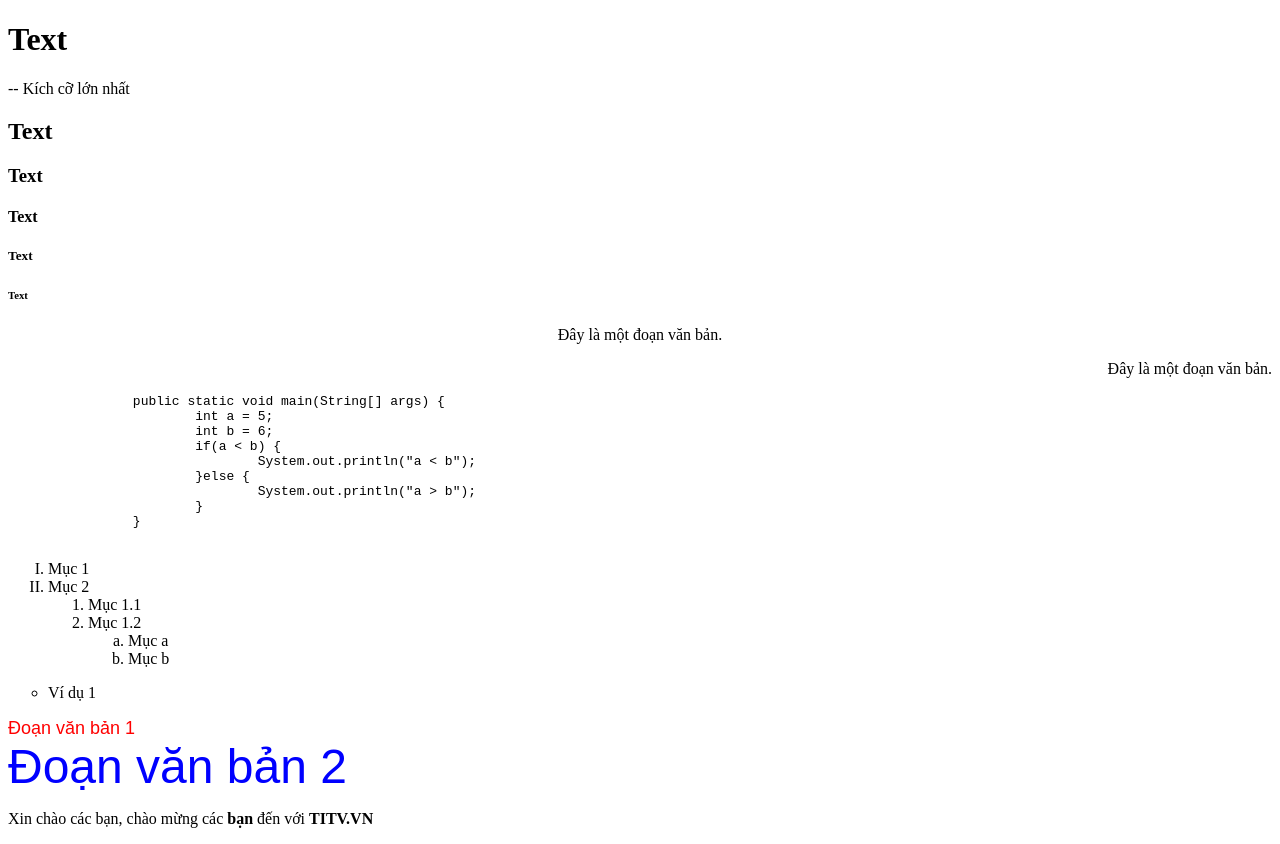
Repository: vnmk1/jsp_servlet-tutorials
Page: Bai2_HTML/src/main/webapp/vidu.html
The author's editor kept a copy of each file at every save. The page is drawn from the files as they stood at one save, then again after the next save.
The browser window is 1280 px wide. The pictures show the whole page.

Above is the page before, as saved 2023-07-15 08:31:12.

### Bai2_HTML/src/main/webapp/vidu.html
<!DOCTYPE html>
<html>
<head>
<meta charset="UTF-8">
<title>Insert title here</title>
</head>
<body>
	<h1>Text</h1> -- Kích cỡ lớn nhất
	<h2>Text</h2>
	<h3>Text</h3>
	<h4>Text</h4>
	<h5>Text</h5>
	<h6>Text</h6>
	<p align = "center">
		Đây là một đoạn văn bản.
	</p>

	<p align = "right">
		Đây là một đoạn văn bản.
	</p>

	<pre>
		public static void main(String[] args) {
			int a = 5;
			int b = 6;
			if(a < b) {
				System.out.println("a < b");
			}else {
				System.out.println("a > b");
			}
		}
	</pre>

	<!-- List
		ol = order list
		ul = unorder list
	-->

	<ol type="I">
		<li>Mục 1</li>
		<li>Mục 2</li>
		<ol type="1">
			<li>Mục 1.1</li>
			<li>Mục 1.2</li>
			<ol type="a">
				<li>Mục a</li>
				<li>Mục b</li>
			</ol>
		</ol>
	</ol>

	<ul type = "circle">
		<li>
			Ví dụ 1
		</li>
	</ul>
	<p>
		<font color="red" size = "4" face = "arial">
			Đoạn văn bản 1
		</font>
		<br/>
		<font color="blue" size = "10" face = "arial">
			Đoạn văn bản 2
		</font>
	</p>

	<p>Xin chào các bạn, chào mừng các <strong>bạn</strong> đến với <b>TITV.VN</b></p>
</body>
</html>

After the next save:
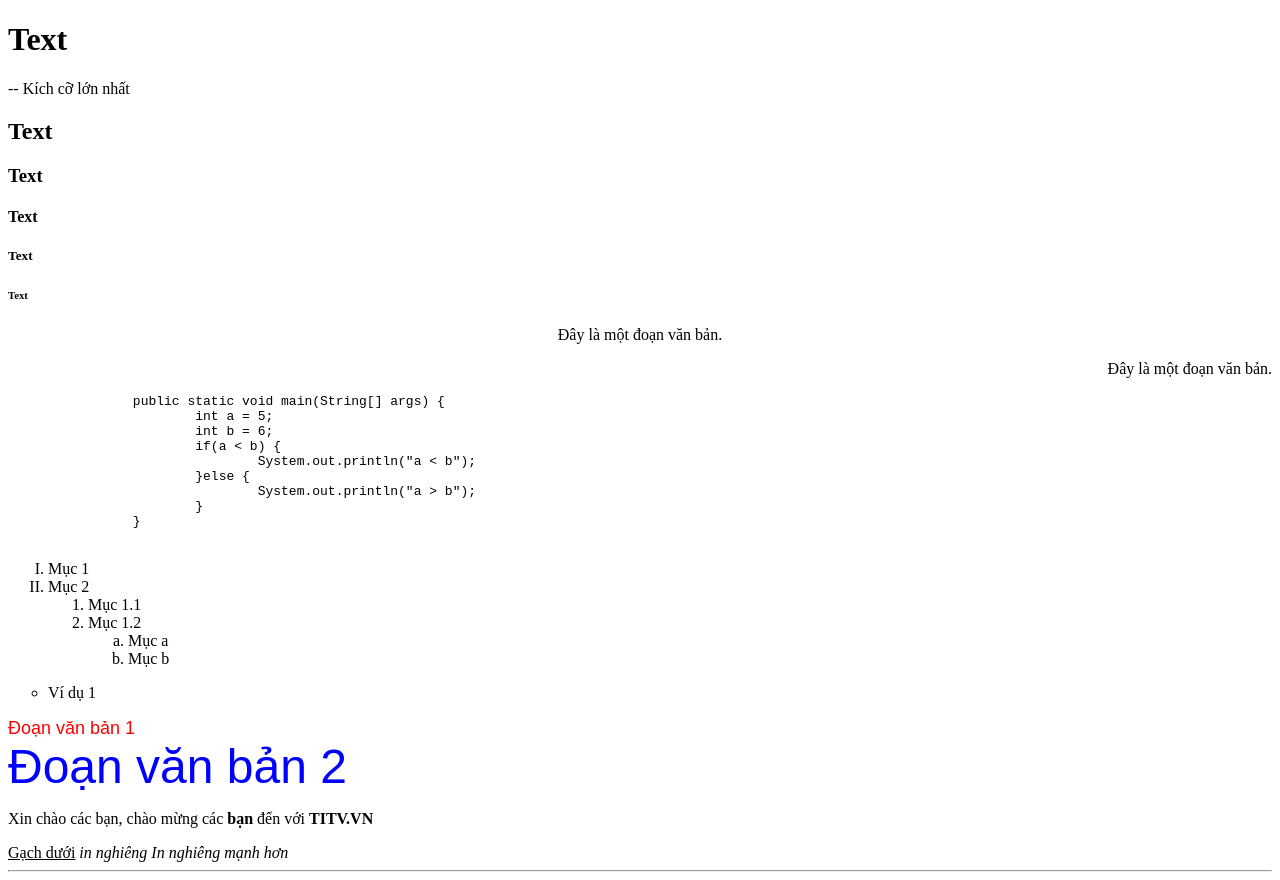
Saved 63 s later.
--- a/Bai2_HTML/src/main/webapp/vidu.html
+++ b/Bai2_HTML/src/main/webapp/vidu.html
@@ -65,5 +65,10 @@
 	</p>
 
 	<p>Xin chào các bạn, chào mừng các <strong>bạn</strong> đến với <b>TITV.VN</b></p>
+
+	<u>Gạch dưới</u>
+	<i>in nghiêng</i>
+	<em>In nghiêng mạnh hơn</em>
+	<hr/>
 </body>
 </html>
